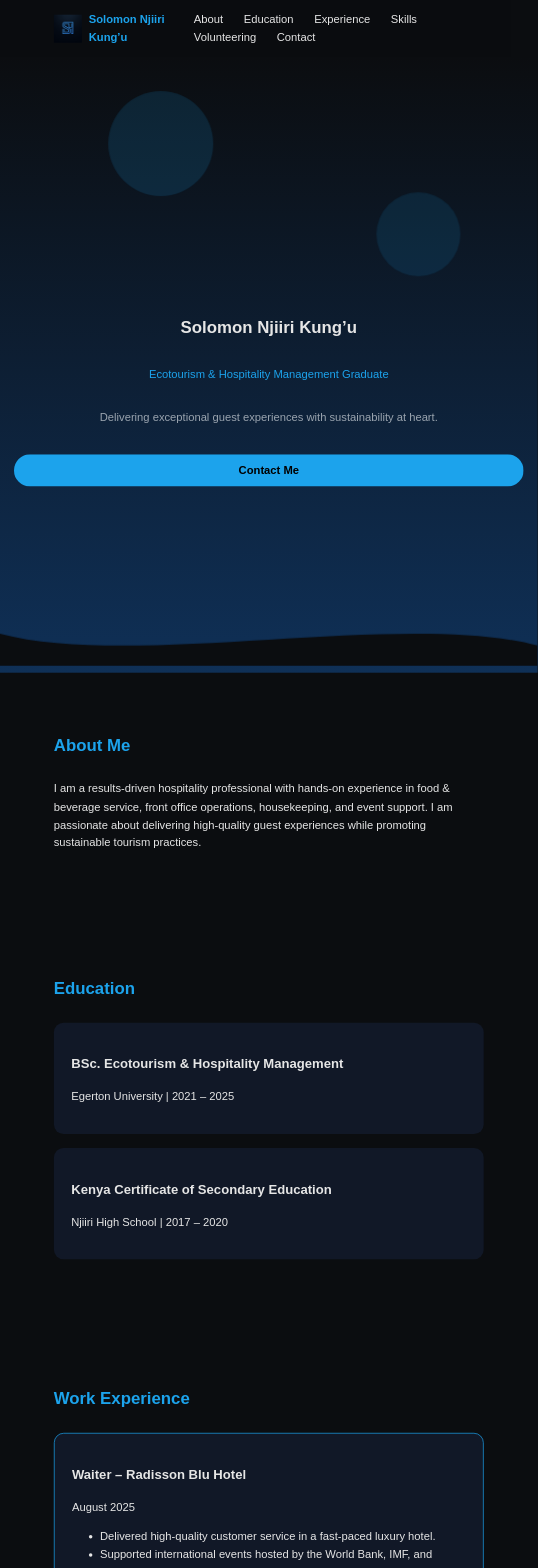
Repository: ladygit-comits/Solomon_Portfolio
Page: index.html
The author's editor kept a copy of each file at every save. The page is drawn from the files as they stood at one save, then again after the next save.
The browser window is 768 px wide. The pictures show the part of the page from y = 0 to 2240 px (the page is 4521 px tall before and 4606 px after), at 70% of full size.

Above is the page before, as saved 2025-12-31 13:47:50.

After the next save:
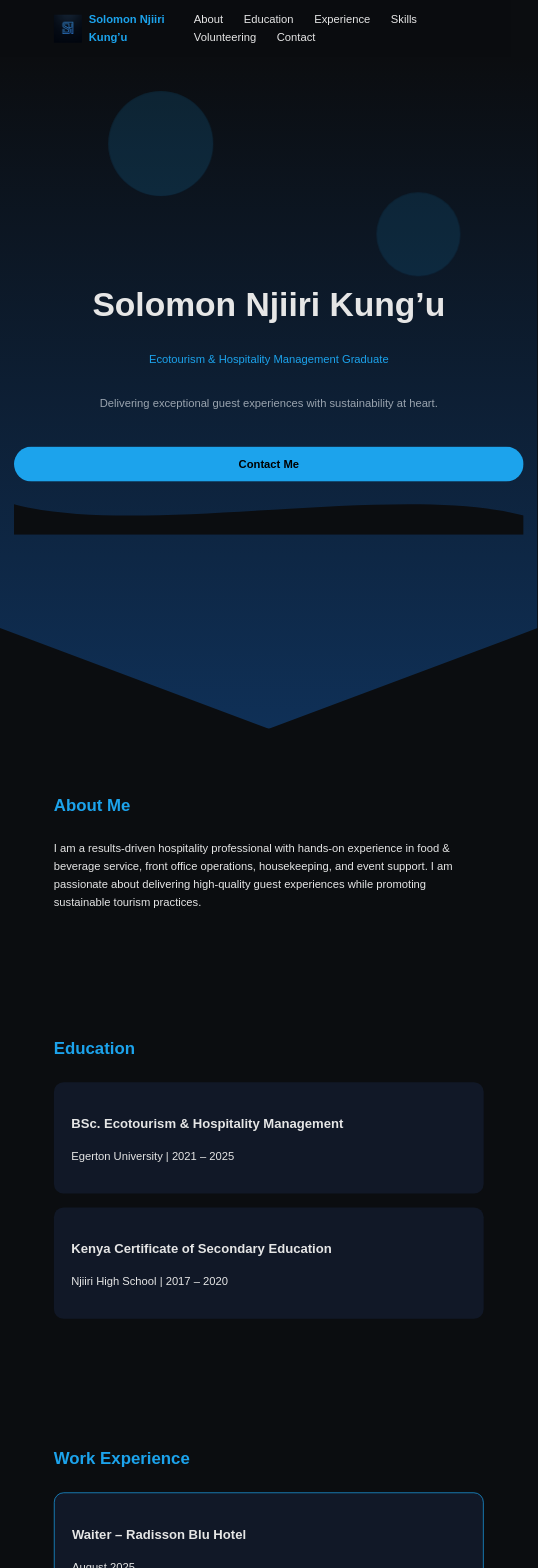
Saved 22 s later.
--- a/style.css
+++ b/style.css
@@ -15,25 +15,22 @@ body {
 }
 
 .hero {
-  position: relative;
   min-height: 100vh;
-  padding: 80px 20px 0;
+  padding: 80px 20px;
   text-align: center;
   background: linear-gradient(180deg, #0B0D10, #0F3057);
+  position: relative;
+  color: var(--text-light);
   display: flex;
   flex-direction: column;
   justify-content: center;
-  color: var(--text-light);
-  overflow: hidden;
-}
-
-.hero-wave {
-  position: absolute;
-  bottom: 0;
-  left: 0;
-  width: 100%;
-  height: 150px;
-  display: block;
+  clip-path: polygon(0 0, 100% 0, 100% 85%, 50% 100%, 0 85%);
+}
+
+
+.hero h1 {
+  font-size: 3rem;
+  margin-bottom: 10px;
 }
 
 .subtitle {
@@ -49,33 +46,13 @@ body {
 
 .btn {
   display: inline-block;
-  margin-top: 20px;
-  padding: 10px 22px;
+  margin-top: 30px;
+  padding: 12px 28px;
   background: var(--accent-blue);
   color: #000;
   text-decoration: none;
-  border-radius: 25px;
+  border-radius: 30px;
   font-weight: 600;
-  font-size: 1rem;
-  position: relative;
-  overflow: hidden;
-  transition: all 0.3s ease;
-}
-
-.btn::after {
-  content: '';
-  position: absolute;
-  top: 0;
-  left: -75%;
-  width: 50%;
-  height: 100%;
-  background: linear-gradient(120deg, rgba(255,255,255,0.2), rgba(255,255,255,0.5), rgba(255,255,255,0.2));
-  transform: skewX(-25deg);
-  transition: all 0.7s;
-}
-
-.btn:hover::after {
-  left: 125%;
 }
 
 .section {
@@ -85,11 +62,6 @@ body {
 .section h2 {
   color: var(--accent-blue);
   margin-bottom: 30px;
-}
-
-#about {
-  margin-top: -5px;
-  padding-top: 70px;
 }
 
 .card {
@@ -140,16 +112,8 @@ body {
 }
 
 .navbar .logo {
-  display: flex;
-  align-items: center;
   font-weight: 700;
   color: var(--accent-blue);
-}
-
-.navbar .logo-img {
-  width: 40px;
-  height: 40px;
-  margin-right: 10px;
 }
 
 .navbar nav a {
@@ -163,7 +127,6 @@ body {
 .navbar nav a:hover {
   color: var(--accent-blue);
 }
-
 #scrollTopBtn {
   position: fixed;
   bottom: 30px;
@@ -243,7 +206,6 @@ body {
   50% { transform: translateY(-20px) translateX(15px); }
   100% { transform: translateY(0) translateX(0); }
 }
-
 .skills .skill {
   margin-bottom: 15px;
 }
@@ -264,8 +226,36 @@ body {
   transition: width 2s ease-in-out;
 }
 
-@media screen and (max-width: 768px) {
-  .hero-wave {
-    height: 100px;
-  }
-}
+/* shimmer CTA button */
+.btn {
+  position: relative;
+  overflow: hidden;
+}
+
+.btn::after {
+  content: '';
+  position: absolute;
+  top: 0;
+  left: -75%;
+  width: 50%;
+  height: 100%;
+  background: linear-gradient(120deg, rgba(255,255,255,0.2), rgba(255,255,255,0.5), rgba(255,255,255,0.2));
+  transform: skewX(-25deg);
+  transition: all 0.7s;
+}
+
+.btn:hover::after {
+  left: 125%;
+}
+.navbar .logo {
+  display: flex;
+  align-items: center;
+  font-weight: 700;
+  color: var(--accent-blue);
+}
+
+.navbar .logo-img {
+  width: 40px;
+  height: 40px;
+  margin-right: 10px;
+}
